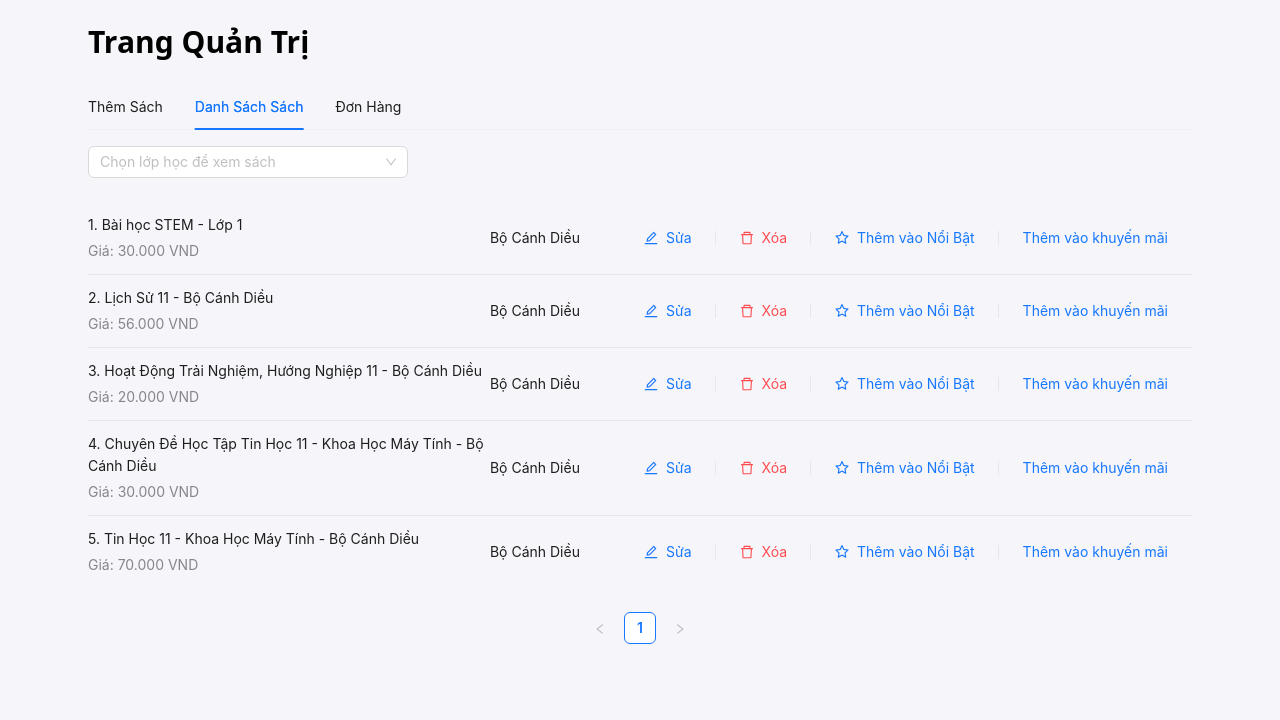
Repository: France2003/Book
Page: /Book/adminpage/admin (app in book-vite/), after clicking the first element matching `div.ant-tabs-nav-list > :nth-child(2)`
An editor plug-in stored every save of this project. The page is shown before and after the next save, followed by the edit.
The browser window is 1280 px wide. The pictures show the whole page.
The project was rebuilt for these pictures with package versions that can differ from the ones it lists, and the page was loaded fresh each time. Also part of the build but not shown: book-vite/vite.config.ts, book-vite/src/data/categories.ts, book-vite/src/components/BookCategory.tsx, book-vite/src/components/SwiperGallery.tsx, book-vite/src/components/BookList.tsx, book-vite/src/components/AdModal.tsx, book-vite/src/pages/Home.tsx, book-vite/src/components/ReviewSection.tsx and 19 more.

Above is the page before, as saved 2024-10-01 17:22:43.

### book-vite/index.html
<!doctype html>
<html lang="en">
  <head>
    <meta charset="UTF-8" />
    <link rel="icon" type="image/svg+xml" href="https://thphutan.tptdm.edu.vn/uploads/thphutan/news/2021_05/khoc.png" />
    <meta name="viewport" content="width=device-width, initial-scale=1.0" />
    <meta property = "og:title" content="SÁCH GIÁO KHOA"/>
    <meta property = "og:description" content="Tuyển tập những bộ sách giáo khoa mới nhất "/>
    <meta property ="og:image" content="https://thptvietnhat.edu.vn/img_data/images/274876897822_logo-nxb-giao-duc-vn-1.png"/>
    <title>Vite + React + TS</title>
  </head>
  <body>
    <div id="root"></div>
    <script type="module" src="/src/main.tsx"></script>
  </body>
</html>

### book-vite/src/App.tsx
import React from 'react';
import './App.css';
import { BrowserRouter, Route, Routes } from 'react-router-dom'
import { Provider } from 'react-redux';
import store from './redux/store';
import Home from './pages/Home';
import BookPage from './pages/BookPage';
import Cart from './components/Cart';
import Checkout from './pages/Checkout';
import AdminPage from './pages/AdminPage';
import OrderConfirmation from './pages/OrderConfirmationPage';
import CancelOrder from './components/CancelOrder';
import RouteSignIn from './LayoutLogin/LayoutLogin';
import Login from './pages/Login';
import RouteRegister from './LayoutRegister/LayoutRegister';
import Register from './pages/Register';
import DefaultLayout from './Layouts';
import AdminLayout from './LayoutAdmin/AdminLayout';
import FilteredBooksPage from './pages/BookCategoryPage';
import UserProfile from './pages/ProfilePage';
import FeaturedBooks from './pages/FeaturedAndPromotionalBooks';
import BestSeller from './pages/BestSeller';
import BestSellersBooks from './pages/BestSeller';

const App: React.FC = () => {
  return (
    <Provider store={store}>
      <BrowserRouter>
        <Routes>
          <Route path='/Book/login' element={<RouteSignIn />}>
            <Route path='login' element={<Login url={`login`} />} />
          </Route>
          <Route path='/Book/register' element={<RouteRegister />}>
            <Route path='register' element={<Register url={`register`} />} />
          </Route>
          <Route path="/Book/" element={<DefaultLayout />}>
            <Route index element={<Home />} />
            <Route path="/Book/books/:id" element={<BookPage />} />
            <Route path="/Book/books/grade/:grade/subject/:subject" element={<FilteredBooksPage />} />
            <Route path="/Book/cart" element={<Cart />} />
            <Route path="/Book/profile" element={<UserProfile />} />
            <Route path="/Book/checkout" element={<Checkout />} />
            <Route path="/Book/order-confirmation" element={<OrderConfirmation />} />
            <Route path="/Book/cancel-order" element={<CancelOrder />} />
            <Route path="/Book/featured" element={<FeaturedBooks/>} />
            <Route path="/Book/bestseller" element={<BestSellersBooks/>} />

          </Route>
          <Route path='/Book/adminpage' element={<AdminLayout />}>
            <Route path="/Book/adminpage/admin" element={<AdminPage />} />
          </Route>
        </Routes>
      </BrowserRouter>
    </Provider>
  );
};

export default App;

### book-vite/src/App.css

body{
    background-color: #F5F5FA;
}
footer{
    box-shadow: rgba(50, 50, 93, 0.25) -2px -4px 12px -2px, rgb(223 61 61 / 30%) 0px 3px 7px -3px;
}
.login{
    background-image: url('https://png.pngtree.com/background/20210711/original/pngtree-simple-and-stylish-reading-time-picture-image_1082922.jpg');
    background-size: cover;
}
.swiper-button-prev-custom, .swiper-button-next-custom {
    background-color: #007BFF;
    color: white;
    padding: 10px 20px;
    border-radius: 5px;
    cursor: pointer;
    position: absolute;
    top: 52%;
    z-index: 10;
    transform: translateY(-50%);
}

.swiper-button-prev-custom {
    left: 410px;
    margin-top: 65px;
}

.swiper-button-next-custom {
    right: 33px;
    margin-top: 65px;
}

.swiper-pagination-bullet {
    width: auto;
    padding: 0 9px;
    font-size: 25px;
    color: #ffffff;
    background: none !important;
    border-radius: 0 !important;
}
.haeder{
    position: sticky;
    top: 0;
    left: 0;
    width: 100%;
    background: var(--body-color);
    z-index: 100;
}
/* custom-carousel.css */
.custom-carousel .ant-carousel .slick-slide {
    padding: 0 8px; /* Điều chỉnh khoảng cách giữa các sản phẩm */
  }

  .custom-carousel .ant-carousel .slick-slide img {
    width: 50%; /* Đảm bảo hình ảnh chiếm toàn bộ chiều rộng của slide */
    height: 90px; /* Điều chỉnh chiều cao của hình ảnh */
    object-fit: cover; /* Đảm bảo hình ảnh không bị méo */
  }

  /* Style cho các nút điều hướng */
  .ant-carousel .slick-prev{
    background-color: rgba(0, 0, 0, 0.5);
    border-radius: 50%;
    width: 40px; /* Đặt chiều rộng cho nút điều hướng */
    height: 40px; /* Đặt chiều cao cho nút điều hướng */
    display: flex;
    align-items: center;
    justify-content: center;
    margin-left: -5px;
  }
  .ant-carousel .slick-next {
    background-color: rgba(0, 0, 0, 0.5);
    border-radius: 50%;
    width: 40px; /* Đặt chiều rộng cho nút điều hướng */
    height: 40px; /* Đặt chiều cao cho nút điều hướng */
    display: flex;
    align-items: center;
    justify-content: center;
   margin-right: -10px;
  }

  .ant-carousel .slick-prev::before,
  .ant-carousel .slick-next:before {
    color: #fff;
  }
  .slick-next::after{
    margin-top: 12px;
    margin-left: 9px;
  }
  .slick-prev::after{
    margin-top: 12px;
    margin-left: 14px;
  }

### book-vite/src/redux/store.ts
import { configureStore } from '@reduxjs/toolkit';
import cartReducer from './cartSlice';
import bookReducer from './bookSlice';
import ordersReducer from '../redux/ordersSlice';

const store = configureStore({
  reducer: {
    cart: cartReducer,
    books: bookReducer,
    orders: ordersReducer,
  }
});

export type RootState = ReturnType<typeof store.getState>;
export type AppDispatch = typeof store.dispatch;

export default store;

### book-vite/src/LayoutAdmin/AdminLayout.tsx
import AdminPage from "../pages/AdminPage";

const AdminLayout = () => {
    console.log("RouteSignIn");
  return (
    <div>
        <div className='container mx-auto'>
            <AdminPage/>
        </div>
    </div>
  )
}

export default AdminLayout

### book-vite/src/redux/cartSlice.ts
import { createSlice, PayloadAction } from '@reduxjs/toolkit';
import { Book } from '../types';
interface CartItem extends Book {
  quantity: number;
}

interface CartState {
  items: CartItem[];
}

// Khôi phục trạng thái giỏ hàng từ localStorage
const loadCartFromLocalStorage = (): CartItem[] => {
  try {
    const storedCart = localStorage.getItem('cart');
    return storedCart ? JSON.parse(storedCart) : [];
  } catch (error) {
    console.error('Lỗi khi khôi phục giỏ hàng từ localStorage:', error);
    return [];
  }
};

// Lưu trạng thái giỏ hàng vào localStorage
const saveCartToLocalStorage = (cartItems: CartItem[]) => {
  try {
    localStorage.setItem('cart', JSON.stringify(cartItems));
  } catch (error) {
    console.error('Lỗi khi lưu giỏ hàng vào localStorage:', error);
  }
};

// Khởi tạo trạng thái với dữ liệu từ localStorage
const initialState: CartState = {
  items: loadCartFromLocalStorage(),
};

const cartSlice = createSlice({
  name: 'cart',
  initialState,
  reducers: {
    addToCart(state, action: PayloadAction<Book>) {
      const existingItem = state.items.find(item => item.id === action.payload.id);
      if (existingItem) {
        existingItem.quantity += 1;
      } else {
        state.items.push({ ...action.payload, quantity: 1 });
      }
      saveCartToLocalStorage(state.items); // Lưu lại vào localStorage
    },
    removeFromCart(state, action: PayloadAction<number>) {
      state.items = state.items.filter(item => item.id !== action.payload);
      saveCartToLocalStorage(state.items); // Lưu lại vào localStorage
    },
    increaseQuantity(state, action: PayloadAction<number>) {
      const item = state.items.find(item => item.id === action.payload);
      if (item) {
        item.quantity += 1;
        saveCartToLocalStorage(state.items); // Lưu lại vào localStorage
      }
    },
    decreaseQuantity(state, action: PayloadAction<number>) {
      const item = state.items.find(item => item.id === action.payload);
      if (item && item.quantity > 1) {
        item.quantity -= 1;
        saveCartToLocalStorage(state.items); // Lưu lại vào localStorage
      }
    },
    clearCart(state) {
      state.items = [];
      saveCartToLocalStorage(state.items);
    }
  }
});

export const { addToCart, removeFromCart, increaseQuantity, decreaseQuantity, clearCart } = cartSlice.actions;
export default cartSlice.reducer;

### book-vite/src/redux/ordersSlice.ts
import { createSlice, PayloadAction } from '@reduxjs/toolkit';
import { Order } from '../types';

interface OrdersState {
  orders: Order[];
}

const saveOrdersToLocalStorage = (orders: Order[]) => {
  try {
    localStorage.setItem('orders', JSON.stringify(orders));
  } catch (e) {
    console.warn('Không thể lưu vào localStorage', e);
  }
};

const loadOrdersFromLocalStorage = (): Order[] => {
  try {
    const storedOrders = localStorage.getItem('orders');
    return storedOrders ? JSON.parse(storedOrders) : [];
  } catch (e) {
    console.warn('Không thể lấy từ localStorage', e);
    return [];
  }
};
const initialState: OrdersState = {
  orders: loadOrdersFromLocalStorage(),
};

const ordersSlice = createSlice({
  name: 'orders',
  initialState,
  reducers: {
    addOrder: (state, action: PayloadAction<Order>) => {
      state.orders.push(action.payload);
      saveOrdersToLocalStorage(state.orders);
    },
  },
});

export const { addOrder } = ordersSlice.actions;
export default ordersSlice.reducer; // Đây là ordersReducer khi import ở nơi khác

### book-vite/src/components/EditBookModal.tsx
import React from 'react';
import { Modal, Form, Input, Button, Select, Checkbox } from 'antd';
import { Book } from '../types';

const { Option } = Select;

interface EditBookModalProps {
  visible: boolean;
  book: Book | null;
  onSave: (book: Book) => void;
  onCancel: () => void;
}

const EditBookModal: React.FC<EditBookModalProps> = ({ visible, book, onSave, onCancel }) => {
  const [form] = Form.useForm();
  const [grade, setGrade] = React.useState<string>('');
  const [category, setCategory] = React.useState<string>('');
  const [isFeatured, setIsFeatured] = React.useState<boolean>(false);
  const [isBestSeller, setIsBestSeller] = React.useState<boolean>(false); // Thay đổi từ isOnPromotion thành isBestSeller

  const categories = ['Bộ Cánh Diều', 'Bộ Chân Trời', 'Bộ Kết Nối', 'Bộ Bình Đẳng', 'Bộ Cùng Học'];

  React.useEffect(() => {
    if (book) {
      form.setFieldsValue(book);
      setGrade(book.grade || '');
      setCategory(book.category || '');
      setIsFeatured(!!book.isFeatured);
      setIsBestSeller(!!book.isBestSeller); // Cập nhật trạng thái Bán chạy
    }
  }, [book, form]);

  const handleFinish = (values: any) => {
    const updatedBook: Book = {
      ...values,
      id: book?.id || Date.now(),
      grade,
      category,
      isFeatured,
      isBestSeller, // Đảm bảo trạng thái Bán chạy được bao gồm
    };
    onSave(updatedBook);
  };

  return (
    <Modal
      title="Sửa Sách"
      visible={visible}
      onCancel={onCancel}
      footer={null}
      destroyOnClose
    >
      <Form form={form} layout="vertical" onFinish={handleFinish}>
        <Form.Item name="title" label="Tiêu đề" rules={[{ required: true, message: 'Vui lòng nhập tiêu đề sách!' }]}>
          <Input />
        </Form.Item>
        <Form.Item name="author" label="Tác giả" rules={[{ required: true, message: 'Vui lòng nhập tác giả!' }]}>
          <Input />
        </Form.Item>
        <Form.Item name="productcode" label="Mã sản phẩm" rules={[{ required: true, message: 'Vui lòng nhập mã sản phẩm!' }]}>
          <Input />
        </Form.Item>
        <Form.Item name="price" label="Giá" rules={[{ required: true, message: 'Vui lòng nhập giá!' }]}>
          <Input type="number" />
        </Form.Item>
        <Form.Item name="description" label="Mô tả">
          <Input.TextArea />
        </Form.Item>
        <Form.Item name="image" label="Ảnh">
          <Input />
        </Form.Item>
        <Form.Item label="Lớp học" required>
          <Select
            value={grade}
            onChange={setGrade}
            placeholder="Chọn lớp học"
            style={{ width: '100%' }}
          >
            {[...Array(12).keys()].map(num => (
              <Option key={num + 1} value={(num + 1).toString()}>
                Lớp {num + 1}
              </Option>
            ))}
          </Select>
        </Form.Item>
        <Form.Item label="Thể loại" required>
          <Select
            value={category}
            onChange={setCategory}
            placeholder="Chọn thể loại"
            style={{ width: '100%' }}
          >
            {categories.map(cat => (
              <Option key={cat} value={cat}>
                {cat}
              </Option>
            ))}
          </Select>
        </Form.Item>
        <Form.Item>
          <Checkbox
            checked={isFeatured}
            onChange={(e) => setIsFeatured(e.target.checked)}
          >
            Sản phẩm nổi bật
          </Checkbox>
        </Form.Item>
        <Form.Item>
          <Checkbox
            checked={isBestSeller} // Sử dụng isBestSeller thay cho isOnPromotion
            onChange={(e) => setIsBestSeller(e.target.checked)}
          >
            Sản phẩm khuyến mãi
          </Checkbox>
        </Form.Item>
        <Form.Item>
          <Button type="primary" htmlType="submit">
            Lưu
          </Button>
        </Form.Item>
      </Form>
    </Modal>
  );
};

export default EditBookModal;

### book-vite/src/components/BookListAdmin.tsx
import React, { useState } from 'react';
import { Book } from '../types';
import { List, Button, Popconfirm, Pagination } from 'antd';
import { EditOutlined, DeleteOutlined, StarOutlined, StarFilled } from '@ant-design/icons';

interface BookListProps {
  books: Book[];
  onEdit: (book: Book) => void;
  onDelete: (bookId: number) => void;
  onAddFeatured: (book: Book) => void; // Thêm prop
  onRemoveFeatured: (bookId: number) => void; // Thêm prop
  onAddBestSeller: (book: Book) => void; // Thêm prop
  onRemoveBestSeller: (bookId: number) => void; // Thêm prop
}

const BookListAdmin: React.FC<BookListProps> = ({
  books,
  onEdit,
  onDelete,
  onAddFeatured,
  onRemoveFeatured,
  onAddBestSeller,
  onRemoveBestSeller,
}) => {
  const [currentPage, setCurrentPage] = useState<number>(1);
  const pageSize = 15; // Số sản phẩm mỗi trang

  const handlePageChange = (page: number) => {
    setCurrentPage(page);
  };

  // Tính toán các sản phẩm hiển thị trên trang hiện tại
  const currentBooks = books.slice((currentPage - 1) * pageSize, currentPage * pageSize);

  return (
    <div>
      {books.length === 0 ? (
        <p>Không có sách nào để hiển thị</p>
      ) : (
        <>
          <List
            dataSource={currentBooks}
            renderItem={(book, index) => (
              <List.Item
                actions={[
                  <Button
                    key="edit"
                    type="link"
                    icon={<EditOutlined />}
                    onClick={() => onEdit(book)}
                  >
                    Sửa
                  </Button>,
                  <Popconfirm
                    title="Bạn có chắc chắn muốn xóa sách này?"
                    onConfirm={() => onDelete(book.id)}
                    okText="Có"
                    cancelText="Không"
                  >
                    <Button
                      key="delete"
                      type="link"
                      icon={<DeleteOutlined />}
                      danger
                    >
                      Xóa
                    </Button>
                  </Popconfirm>,
                  book.isFeatured ? (
                    <Button
                      key="removeFeatured"
                      type="link"
                      icon={<StarFilled />}
                      onClick={() => onRemoveFeatured(book.id)}
                    >
                      Xóa khỏi Nổi Bật
                    </Button>
                  ) : (
                    <Button
                      key="addFeatured"
                      type="link"
                      icon={<StarOutlined />}
                      onClick={() => onAddFeatured(book)}
                    >
                      Thêm vào Nổi Bật
                    </Button>
                  ),
                  book.isBestSeller ? (
                    <Button
                      key="removeBestSeller"
                      type="link"
                      onClick={() => onRemoveBestSeller(book.id)}
                    >
                      Đã hết khuyến mãi
                    </Button>
                  ) : (
                    <Button
                      key="addBestSeller"
                      type="link"
                      onClick={() => onAddBestSeller(book)}
                    >
                      Thêm vào khuyến mãi
                    </Button>
                  ),
                ]}
              >
                <List.Item.Meta
                  title={`${(currentPage - 1) * pageSize + index + 1}. ${book.title}`}
                  description={`Giá: ${book.price} VND`}
                />
                <p>{book.category}</p>
              </List.Item>
            )}
          />
          <div className="mt-6 flex justify-center">
            <Pagination
              current={currentPage}
              pageSize={pageSize}
              total={books.length}
              onChange={handlePageChange}
              showSizeChanger={false}
            />
          </div>
        </>
      )}
    </div>
  );

};

export default BookListAdmin;

Loaded but not shown: book-vite/src/main.tsx (common file); book-vite/src/index.css (common file); book-vite/tailwind.config.js (common file); book-vite/src/redux/bookSlice.ts (142 lines, source omitted); book-vite/src/pages/AdminPage.tsx (145 lines, source omitted); book-vite/src/components/AddBookForm.tsx (166 lines, source omitted)

After the next save:
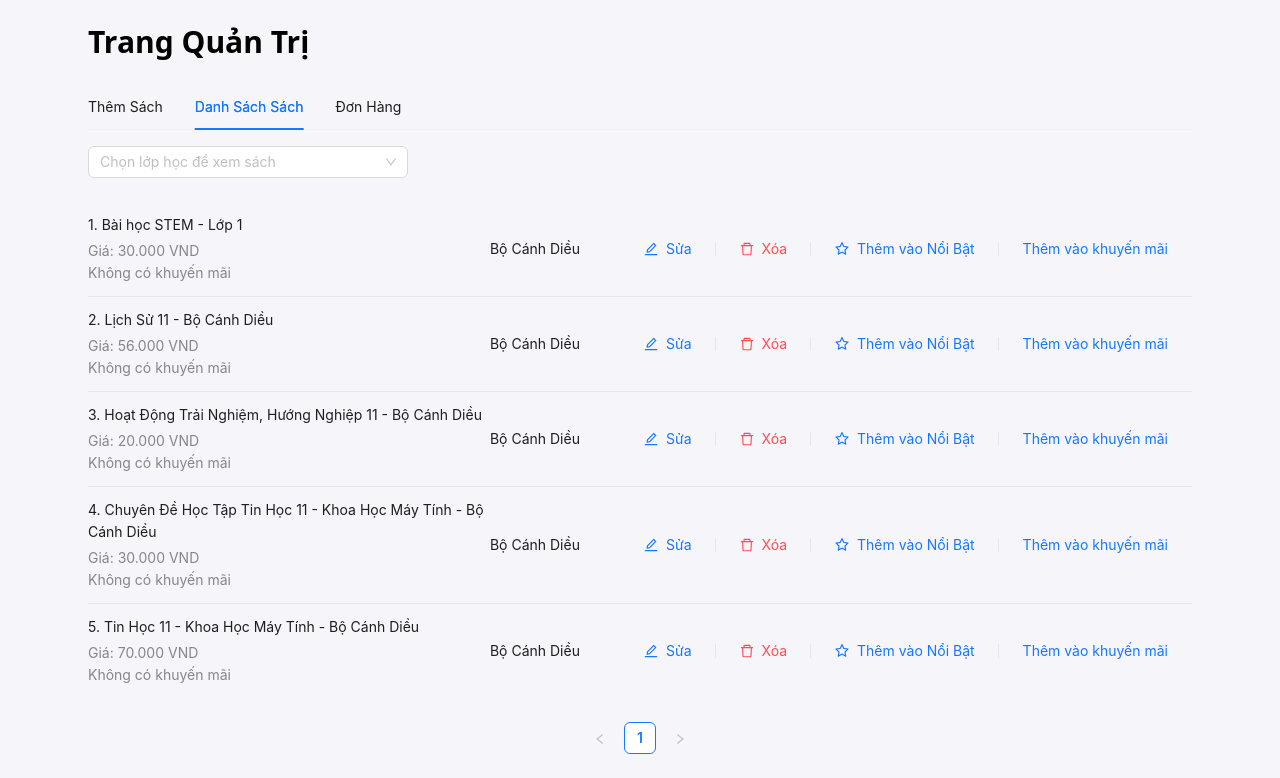
Saved 92 s later.
--- a/book-vite/src/components/BookListAdmin.tsx
+++ b/book-vite/src/components/BookListAdmin.tsx
@@ -1,16 +1,16 @@
 import React, { useState } from 'react';
 import { Book } from '../types';
-import { List, Button, Popconfirm, Pagination } from 'antd';
+import { List, Button, Popconfirm, Pagination, message } from 'antd';
 import { EditOutlined, DeleteOutlined, StarOutlined, StarFilled } from '@ant-design/icons';
 
 interface BookListProps {
   books: Book[];
   onEdit: (book: Book) => void;
   onDelete: (bookId: number) => void;
-  onAddFeatured: (book: Book) => void; // Thêm prop
-  onRemoveFeatured: (bookId: number) => void; // Thêm prop
-  onAddBestSeller: (book: Book) => void; // Thêm prop
-  onRemoveBestSeller: (bookId: number) => void; // Thêm prop
+  onAddFeatured: (book: Book) => void;
+  onRemoveFeatured: (bookId: number) => void;
+  onAddBestSeller: (book: Book) => void;
+  onRemoveBestSeller: (bookId: number) => void;
 }
 
 const BookListAdmin: React.FC<BookListProps> = ({
@@ -23,13 +23,17 @@ const BookListAdmin: React.FC<BookListProps> = ({
   onRemoveBestSeller,
 }) => {
   const [currentPage, setCurrentPage] = useState<number>(1);
-  const pageSize = 15; // Số sản phẩm mỗi trang
+  const pageSize = 15;
 
   const handlePageChange = (page: number) => {
     setCurrentPage(page);
   };
 
-  // Tính toán các sản phẩm hiển thị trên trang hiện tại
+  // Hàm tính giá giảm
+  const calculateDiscountedPrice = (price: number, discountPercentage: number): number => {
+    return price - (price * discountPercentage) / 100;
+  };
+
   const currentBooks = books.slice((currentPage - 1) * pageSize, currentPage * pageSize);
 
   return (
@@ -43,26 +47,19 @@ const BookListAdmin: React.FC<BookListProps> = ({
             renderItem={(book, index) => (
               <List.Item
                 actions={[
-                  <Button
-                    key="edit"
-                    type="link"
-                    icon={<EditOutlined />}
-                    onClick={() => onEdit(book)}
-                  >
+                  <Button key="edit" type="link" icon={<EditOutlined />} onClick={() => onEdit(book)}>
                     Sửa
                   </Button>,
                   <Popconfirm
                     title="Bạn có chắc chắn muốn xóa sách này?"
-                    onConfirm={() => onDelete(book.id)}
+                    onConfirm={() => {
+                      onDelete(book.id);
+                      message.success('Sách đã được xóa thành công!');
+                    }}
                     okText="Có"
                     cancelText="Không"
                   >
-                    <Button
-                      key="delete"
-                      type="link"
-                      icon={<DeleteOutlined />}
-                      danger
-                    >
+                    <Button key="delete" type="link" icon={<DeleteOutlined />} danger>
                       Xóa
                     </Button>
                   </Popconfirm>,
@@ -71,7 +68,10 @@ const BookListAdmin: React.FC<BookListProps> = ({
                       key="removeFeatured"
                       type="link"
                       icon={<StarFilled />}
-                      onClick={() => onRemoveFeatured(book.id)}
+                      onClick={() => {
+                        onRemoveFeatured(book.id);
+                        message.success(`Sách "${book.title}" đã được xóa khỏi danh sách nổi bật!`);
+                      }}
                     >
                       Xóa khỏi Nổi Bật
                     </Button>
@@ -80,7 +80,10 @@ const BookListAdmin: React.FC<BookListProps> = ({
                       key="addFeatured"
                       type="link"
                       icon={<StarOutlined />}
-                      onClick={() => onAddFeatured(book)}
+                      onClick={() => {
+                        onAddFeatured(book);
+                        message.success(`Sách "${book.title}" đã được thêm vào danh sách nổi bật!`);
+                      }}
                     >
                       Thêm vào Nổi Bật
                     </Button>
@@ -89,7 +92,10 @@ const BookListAdmin: React.FC<BookListProps> = ({
                     <Button
                       key="removeBestSeller"
                       type="link"
-                      onClick={() => onRemoveBestSeller(book.id)}
+                      onClick={() => {
+                        onRemoveBestSeller(book.id);
+                        message.success(`Sách "${book.title}" đã được xóa khỏi danh sách bán chạy!`);
+                      }}
                     >
                       Đã hết khuyến mãi
                     </Button>
@@ -97,7 +103,10 @@ const BookListAdmin: React.FC<BookListProps> = ({
                     <Button
                       key="addBestSeller"
                       type="link"
-                      onClick={() => onAddBestSeller(book)}
+                      onClick={() => {
+                        onAddBestSeller(book);
+                        message.success(`Sách "${book.title}" đã được thêm vào danh sách bán chạy!`);
+                      }}
                     >
                       Thêm vào khuyến mãi
                     </Button>
@@ -106,7 +115,20 @@ const BookListAdmin: React.FC<BookListProps> = ({
               >
                 <List.Item.Meta
                   title={`${(currentPage - 1) * pageSize + index + 1}. ${book.title}`}
-                  description={`Giá: ${book.price} VND`}
+                  description={
+                    <>
+                      <p>Giá: {book.price} VND</p>
+                      {book.discountPercentage ? (
+                        <>
+                          <p>
+                            Giảm giá: {book.discountPercentage}% - Giá sau giảm: {calculateDiscountedPrice(book.price, book.discountPercentage)} VND
+                          </p>
+                        </>
+                      ) : (
+                        <p>Không có khuyến mãi</p>
+                      )}
+                    </>
+                  }
                 />
                 <p>{book.category}</p>
               </List.Item>
@@ -125,7 +147,6 @@ const BookListAdmin: React.FC<BookListProps> = ({
       )}
     </div>
   );
-
 };
 
 export default BookListAdmin;
